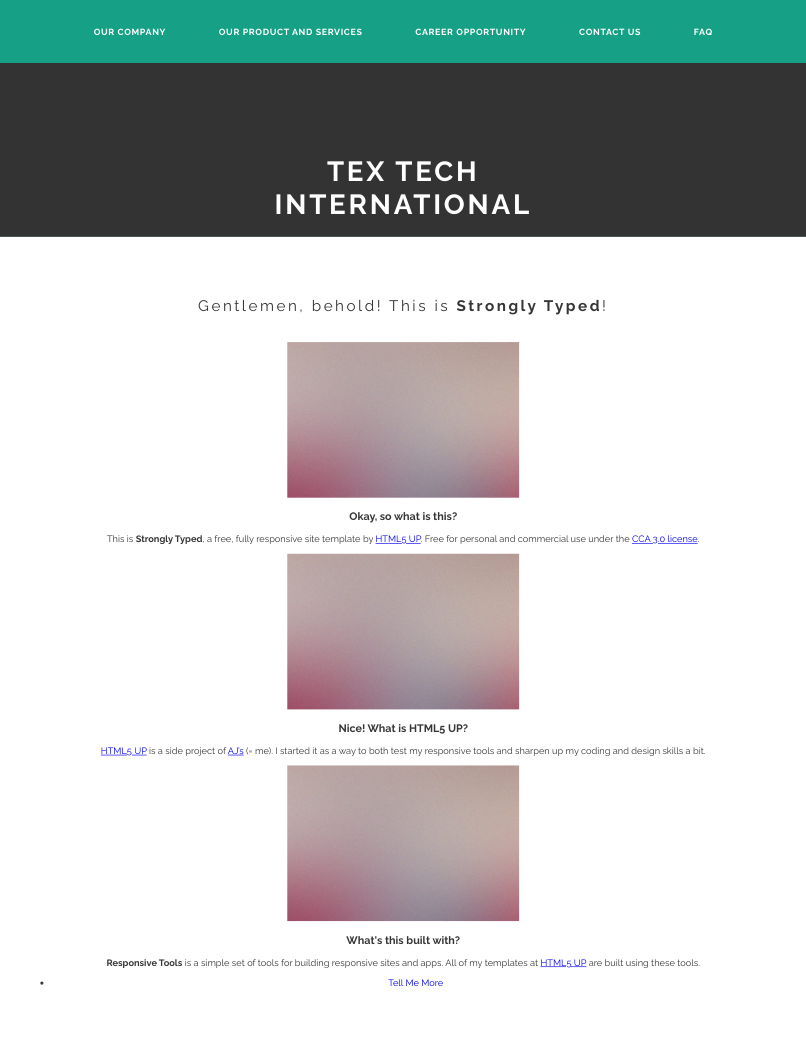
Repository: asifdotpy/demo_webpage
Page: contact_us.html
These files come from the project's save history. The page is drawn as it stood at one moment and after a run of saves; the edit follows.
The browser window is 1280 px wide. The pictures show the whole page, at 63% of full size.

Above is the page before, as saved 2021-01-26 00:49:21.

### contact_us.html
<!DOCTYPE html>
<html lang="en">
    <head>
        <meta http-equiv="Content-Type" content="text/html; charset=utf-8">
        <title>Tex Tech International</title>
        <meta name="keywords" content="">
        <meta name="description" content="">
        <link href="http://fonts.googleapis.com/css?family=Raleway:400,200,500,600,700,800,300" rel="stylesheet">
        <link href="css/contact_us.css" rel="stylesheet" type="text/css" media="all">
        <link href="fonts.css" rel="stylesheet" type="text/css" media="all">
    </head>
    <body>
        <div id="menu" class="container">
			<ul>
				<li><a href="index.html"><b>Our company</b></a></li>
				<li><a href="our_product_and_services.html"><b>Our product and services</b></a></li>
				<li><a href="career_opportunity.html"><b>Career opportunity</b></a></li>
				<li><a href="contact_us.html"><b>Contact us</b></a></li>
				<li><a href="faq.html"><b>FAQ</b></a></li>
			</ul>
        </div>
        <div id="header-wrapper">
            <div id="header" class="container">
                <div id="logo">
                    <h1><a href="#">Tex Tech International</a></h1>
                    <p>꧁ 𝗦𝗵𝗮𝗿𝗲 𝗘𝗳𝗳𝗼𝗿𝘁, 𝗘𝗮𝗿𝗻 𝗛𝗮𝗽𝗽𝗶𝗻𝗲𝘀𝘀 ꧂</p>
                </div>
            </div>
        </div>
        <section id="features">
            <div class="container">
                <header>
                    <h2>Gentlemen, behold! This is <strong>Strongly Typed</strong>!</h2>
                </header>
                <div class="row aln-center">
                    <div class="col-4 col-6-medium col-12-small">

                        <!-- Feature -->
                            <section>
                                <a href="#" class="image featured"><img src="images/pic02.jpg" alt=""></a>
                                <header>
                                    <h3>Okay, so what is this?</h3>
                                </header>
                                <p>This is <strong>Strongly Typed</strong>, a free, fully responsive site template
                                by <a href="http://html5up.net">HTML5 UP</a>. Free for personal and commercial use under the
                                <a href="http://html5up.net/license">CCA 3.0 license</a>.</p>
                            </section>

                    </div>
                    <div class="col-4 col-6-medium col-12-small">

                        <!-- Feature -->
                            <section>
                                <a href="#" class="image featured"><img src="images/pic02.jpg" alt=""></a>
                                <header>
                                    <h3>Nice! What is HTML5 UP?</h3>
                                </header>
                                <p><a href="http://html5up.net">HTML5 UP</a> is a side project of <a href="http://twitter.com/ajlkn">AJ’s</a> (= me).
                                I started it as a way to both test my responsive tools and sharpen up my coding
                                and design skills a bit.</p>
                            </section>

                    </div>
                    <div class="col-4 col-6-medium col-12-small">

                        <!-- Feature -->
                            <section>
                                <a href="#" class="image featured"><img src="images/pic02.jpg" alt=""></a>
                                <header>
                                    <h3>What's this built with?</h3>
                                </header>
                                <p><strong>Responsive Tools</strong> is a simple set of tools for building responsive
                                sites and apps. All of my templates at <a href="http://html5up.net">HTML5 UP</a> are built using these tools.</p>
                            </section>

                    </div>
                    <div class="col-12">
                        <ul class="actions">
                            <li><a href="#" class="button icon solid fa-file">Tell Me More</a></li>
                        </ul>
                    </div>
                </div>
            </div>
        </section>
    </body>
</html>

### css/contact_us.css
html, body {
	height: 100%;
}

body {
	margin: 0px;
	padding: 0px;
	background: #16a085;
	font-family: 'Raleway', sans-serif;
	font-size: 11pt;
	font-weight: 400;
	color: #363636;
}





/** MENU */

#menu {
	overflow: hidden;
	height: 100px;
}

#menu ul {
	margin: 0;
	padding: 0px 0px 0px 0px;
	list-style: none;
	line-height: normal;
	text-align: center;
}

#menu li {
	display: inline-block;
	font-size: 1.2em;
}

#menu a {
	display: block;
	letter-spacing: 1px;
	padding: 0px 40px;
	text-decoration: none;
	text-align: center;
	text-transform: uppercase;
	font-size: 0.80em;
	line-height: 100px;
	border: none;
	color: #FFF;
}

#menu a:hover, #menu .current_page_item a {
	text-decoration: none;
}

#menu a:hover, .current_page_item a {
	background: #1abc9c;
}




/*********************************************************************************/
/* Wrappers                                                                      */
/*********************************************************************************/

#header-wrapper
{
	overflow: hidden;
	background: url(images/bg01.png) repeat;
	background-size: 100%;
	padding: 6em 0em 2em 0em;
	background: #333333;
}


/*********************************************************************************/
/* Header                                                                        */
/*********************************************************************************/

	#header
	{
		position: relative;
		overflow: hidden;
		text-align: center;
	}

/*********************************************************************************/
/* Logo                                                                          */
/*********************************************************************************/

	#logo
	{
		width: 500px;
		height: 100px;
		margin: 0 auto;
		padding: 2em 0em;
		text-transform: uppercase;
	}

	#logo h1
	{
		letter-spacing: 0.10em;
		font-size: 3em;
	}

	#logo p
	{
		letter-spacing: 0.10em;
		color: #FFF;
	}

	#logo a
	{
		text-decoration: none;
		color: #FFF;
	}


#features {
		position: relative;
		overflow: hidden;
		background: #fff;
		text-align: center;
		padding: 6em 0;
}

#page-wrapper > section {
    margin-bottom: 0;
}

/* Container */

.container {
	margin: 0 auto;
	max-width: 100%;
	width: 70em;
}

	@media screen and (max-width: 1680px) {

		.container {
			width: 68em;
		}

	}

	@media screen and (max-width: 1280px) {

		.container {
			width: calc(100% - 80px);
		}

	}


	@media screen and (max-width: 980px) {

		.container {
			width: calc(100% - 100px);
		}

	}

	@media screen and (max-width: 736px) {

		.container {
			width: calc(100% - 40px);
		}

	}



	h2 {
		font-size: 1.65em;
		font-weight: 400;
		letter-spacing: 4px;
		margin: 0 0 1.5em 0;
		line-height: 1.75em;
	}
	.row.aln-center {
		justify-content: center;
	}

Loaded but not shown: fonts.css (378 lines, source omitted)

After the next 4 saves:
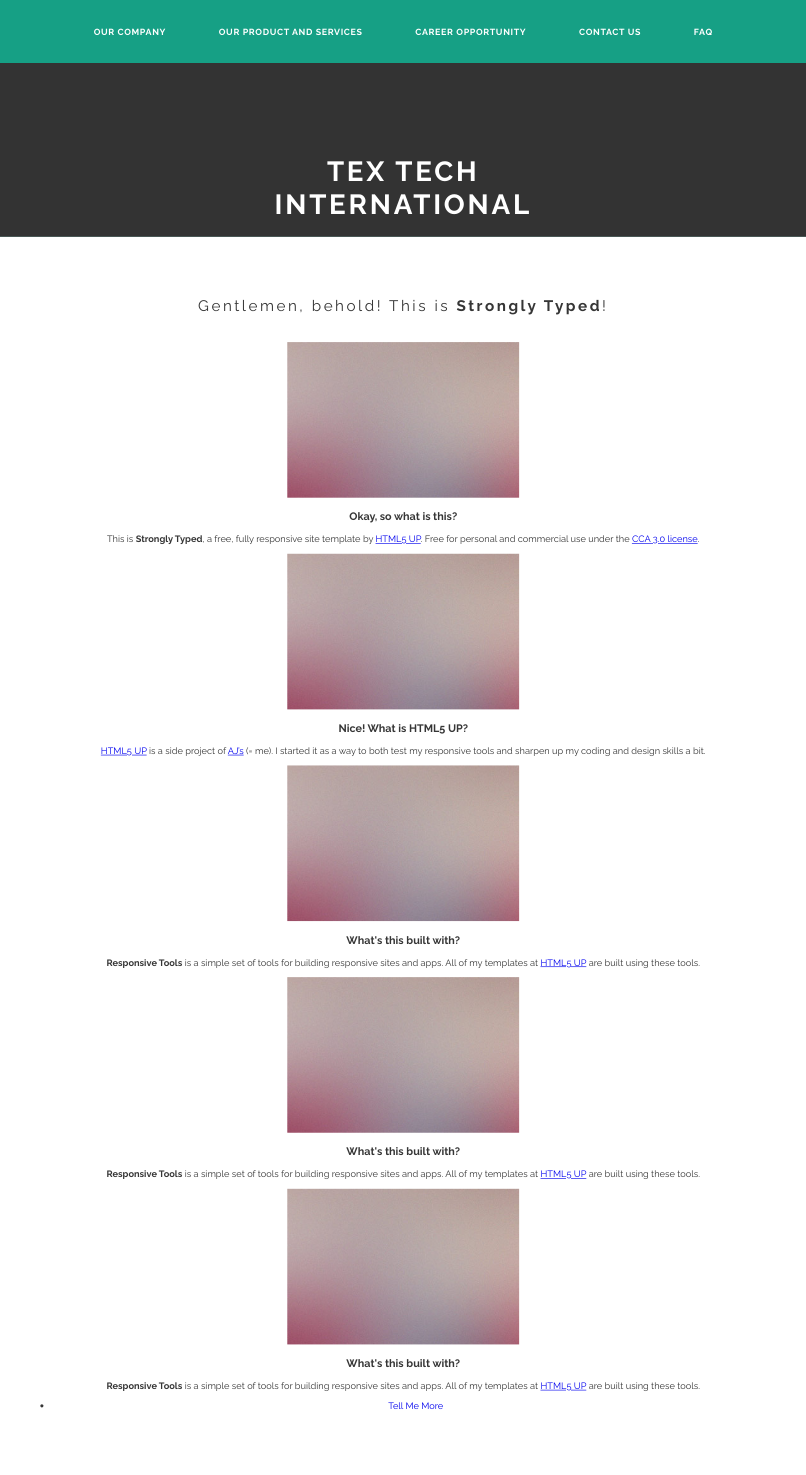
The 4 saves are shown as one change because they came seconds apart.
The last was saved 11 min 55 s later.
--- a/contact_us.html
+++ b/contact_us.html
@@ -74,6 +74,32 @@
                             </section>
 
                     </div>
+                    <div class="col-4 col-6-medium col-12-small">
+
+                        <!-- Feature -->
+                            <section>
+                                <a href="#" class="image featured"><img src="images/pic02.jpg" alt=""></a>
+                                <header>
+                                    <h3>What's this built with?</h3>
+                                </header>
+                                <p><strong>Responsive Tools</strong> is a simple set of tools for building responsive
+                                sites and apps. All of my templates at <a href="http://html5up.net">HTML5 UP</a> are built using these tools.</p>
+                            </section>
+
+                    </div>
+                    <div class="col-4 col-6-medium col-12-small">
+
+                        <!-- Feature -->
+                            <section>
+                                <a href="#" class="image featured"><img src="images/pic02.jpg" alt=""></a>
+                                <header>
+                                    <h3>What's this built with?</h3>
+                                </header>
+                                <p><strong>Responsive Tools</strong> is a simple set of tools for building responsive
+                                sites and apps. All of my templates at <a href="http://html5up.net">HTML5 UP</a> are built using these tools.</p>
+                            </section>
+
+                    </div>
                     <div class="col-12">
                         <ul class="actions">
                             <li><a href="#" class="button icon solid fa-file">Tell Me More</a></li>
